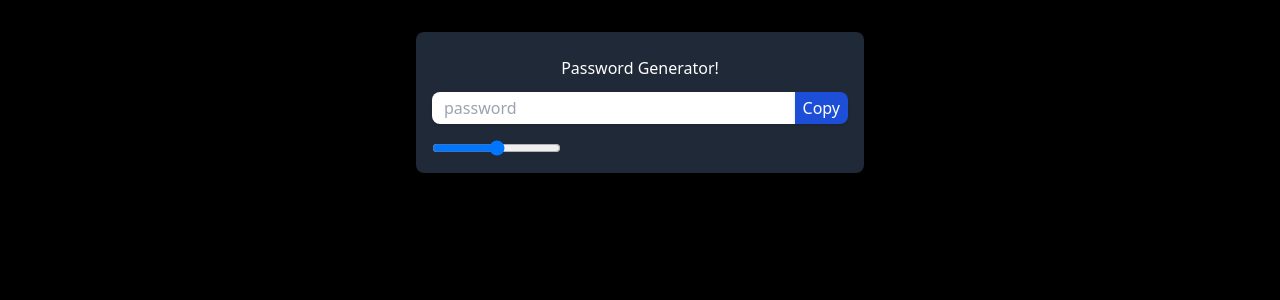
Repository: tirth2014/chai-aur-react
Page: / (app in 05_password-generator/)
The author's editor kept a copy of each file at every save. The page is drawn from the files as they stood at one save, then again after the next save.
The browser window is 1280 px wide. The pictures show the whole page.
The project was rebuilt for these pictures with package versions that can differ from the ones it lists, and the page was loaded fresh each time. Also part of the build but not shown: 05_password-generator/vite.config.js.

Above is the page before, as saved 2023-10-07 16:51:33.

### 05_password-generator/src/App.jsx
import { useState } from 'react'

function App() {

  const [password, setPassword] = useState('');
  const [length, setLength] = useState(6);
  const [isNum, setIsNum] = useState(false);
  const [isSpecialChar, setisSpecialChar] = useState(false);



  return (
    <>
      <div className="w-full max-w-md mx-auto shadow-md rounded-lg px-4 py-3 my-8 bg-gray-800 text-orange-500">
        <h1 className='text-white text-center my-3'>Password Generator!</h1>
        <div className='flex shadow rounded-lg overflow-hidden mb-4'>
          <input
            type="text"
            value={password}
            placeholder='password'
            readOnly
            className='outline-none w-full py-1 px-3'
          />
          <button className='outline-none shadow bg-blue-700 text-white px-2 py-1 shrink-0'>Copy</button>
        </div>
        <div className='flex text-sm gap-x-2'>
          <div>
            <input type="range" name="" id="pass-length"/>
          </div>

        </div>
      </div>
    </>
  )
}

export default App

Loaded but not shown: 05_password-generator/index.html (common file); 05_password-generator/src/main.jsx (common file); 05_password-generator/src/index.css (common file); 05_password-generator/tailwind.config.js (common file)

After the next save:
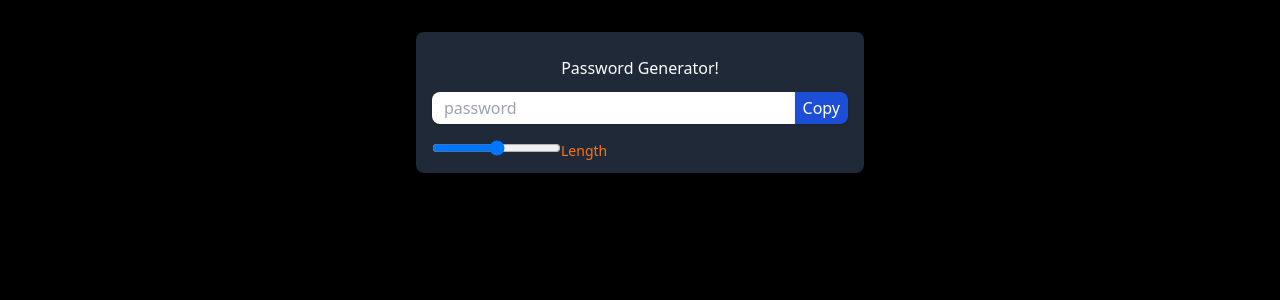
Saved 19 s later.
--- a/05_password-generator/src/App.jsx
+++ b/05_password-generator/src/App.jsx
@@ -26,6 +26,7 @@ function App() {
         <div className='flex text-sm gap-x-2'>
           <div>
             <input type="range" name="" id="pass-length"/>
+            <label htmlFor="pass-length">Length</label>
           </div>
 
         </div>
